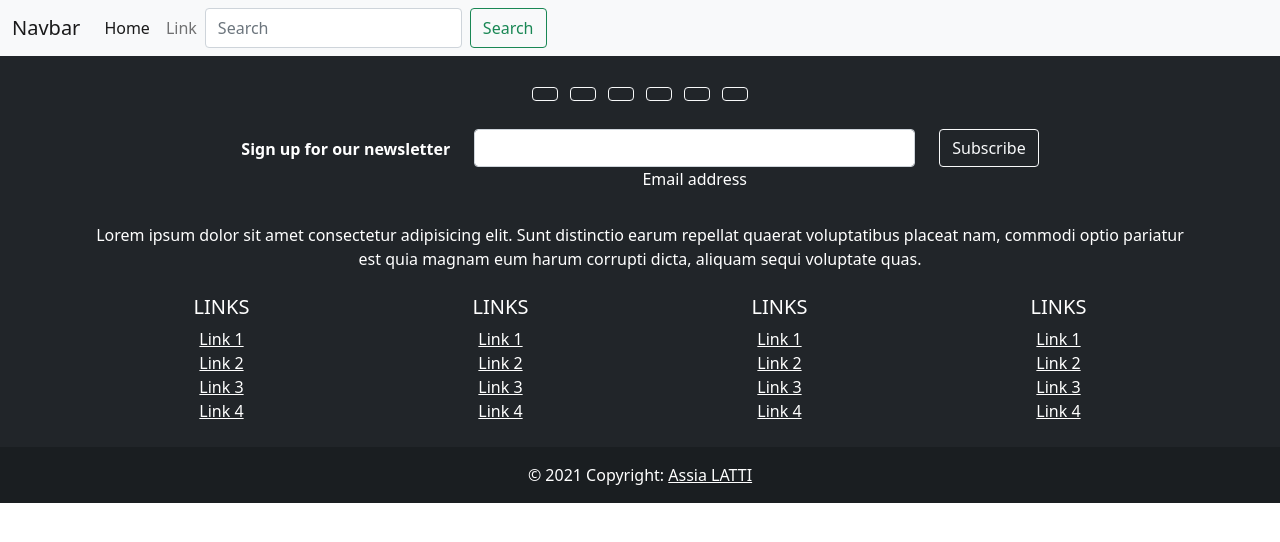
Repository: Omistusama/association
Page: pubpage.html
The author's editor kept a copy of each file at every save. The page is drawn from the files as they stood at one save, then again after the next save.
The browser window is 1280 px wide. The pictures show the whole page.
Some web libraries are served in a nearby version.

Above is the page before, as saved 2021-02-26 10:33:37.

### pubpage.html
<!DOCTYPE html>
<!--
    Page web créé dans le cadre de l'évaluation du 23/02/2021
    Auteur : Assia LATTI
    Email : lattiassia@gmail.com
-->
<html lang="fr">
    <head><meta charset="UTF-8">
        <meta charset="UTF-8"><meta name="author" content="Assia LATTI">
        <meta name="description" content="Découvrez en quoi vos anciens jouets ont été transformés !">
        <meta name="viewport" content="width=device-width, initial-scale=1.0">
        <link href="https://cdn.jsdelivr.net/npm/bootstrap@5.0.0-beta2/dist/css/bootstrap.min.css" rel="stylesheet" integrity="sha384-BmbxuPwQa2lc/FVzBcNJ7UAyJxM6wuqIj61tLrc4wSX0szH/Ev+nYRRuWlolflfl" crossorigin="anonymous">
        <script src="https://cdn.jsdelivr.net/npm/bootstrap@5.0.0-beta2/dist/js/bootstrap.bundle.min.js" integrity="sha384-b5kHyXgcpbZJO/tY9Ul7kGkf1S0CWuKcCD38l8YkeH8z8QjE0GmW1gYU5S9FOnJ0" crossorigin="anonymous"></script>
        <script src="https://cdn.jsdelivr.net/npm/@popperjs/core@2.6.0/dist/umd/popper.min.js" integrity="sha384-KsvD1yqQ1/1+IA7gi3P0tyJcT3vR+NdBTt13hSJ2lnve8agRGXTTyNaBYmCR/Nwi" crossorigin="anonymous"></script>
        <script src="https://cdn.jsdelivr.net/npm/bootstrap@5.0.0-beta2/dist/js/bootstrap.min.js" integrity="sha384-nsg8ua9HAw1y0W1btsyWgBklPnCUAFLuTMS2G72MMONqmOymq585AcH49TLBQObG" crossorigin="anonymous"></script>
        <link href="styles.css" rel="stylesheet" >
        <title>ToyTo - Quand vos Jouets se transforment </title>
    </head>
  <body>
        <header>
            <nav class="navbar navbar-expand-lg navbar-light bg-light">
                <div class="container-fluid">
                  <a class="navbar-brand" href="#">Navbar</a>
                  <button class="navbar-toggler" type="button" data-bs-toggle="collapse" data-bs-target="#navbarSupportedContent" aria-controls="navbarSupportedContent" aria-expanded="false" aria-label="Toggle navigation">
                    <span class="navbar-toggler-icon"></span>
                  </button>
                  <div class="collapse navbar-collapse" id="navbarSupportedContent">
                    <ul class="navbar-nav me-auto mb-2 mb-lg-0">
                      <li class="nav-item">
                        <a class="nav-link active" aria-current="page" href="#">Home</a>
                      </li>
                      <li class="nav-item">
                        <a class="nav-link" href="#">Link</a>
                      </li>
                    <form class="d-flex">
                      <input class="form-control me-2" type="search" placeholder="Search" aria-label="Search">
                      <button class="btn btn-outline-success" type="submit">Search</button>
                    </form>
                  </div>
                </div>
              </nav>
        </header>
        <div class="container">

        </div>
        <!-- Footer -->
        <footer class="bg-dark text-center text-white">
            <!-- Grid container -->
            <div class="container p-4">
            <!-- Section: Social media -->
            <section class="mb-4">
                <!-- Facebook -->
                <a class="btn btn-outline-light btn-floating m-1" href="#!" role="button"><i class="fab fa-facebook-f"></i></a>

                <!-- Twitter -->
                <a class="btn btn-outline-light btn-floating m-1" href="#!" role="button"
                ><i class="fab fa-twitter"></i
                ></a>

                <!-- Google -->
                <a class="btn btn-outline-light btn-floating m-1" href="#!" role="button"
                ><i class="fab fa-google"></i
                ></a>

                <!-- Instagram -->
                <a class="btn btn-outline-light btn-floating m-1" href="#!" role="button"
                ><i class="fab fa-instagram"></i
                ></a>

                <!-- Linkedin -->
                <a class="btn btn-outline-light btn-floating m-1" href="#!" role="button"
                ><i class="fab fa-linkedin-in"></i
                ></a>

                <!-- Github -->
                <a class="btn btn-outline-light btn-floating m-1" href="#!" role="button"
                ><i class="fab fa-github"></i
                ></a>
            </section>
            <!-- Section: Social media -->

            <!-- Section: Form -->
            <section class="">
                <form action="">
                <!--Grid row-->
                <div class="row d-flex justify-content-center">
                    <!--Grid column-->
                    <div class="col-auto">
                    <p class="pt-2">
                        <strong>Sign up for our newsletter</strong>
                    </p>
                    </div>
                    <!--Grid column-->

                    <!--Grid column-->
                    <div class="col-md-5 col-12">
                    <!-- Email input -->
                    <div class="form-outline form-white mb-4">
                        <input type="email" id="form5Example2" class="form-control" />
                        <label class="form-label" for="form5Example2">Email address</label>
                    </div>
                    </div>
                    <!--Grid column-->

                    <!--Grid column-->
                    <div class="col-auto">
                    <!-- Submit button -->
                    <button type="submit" class="btn btn-outline-light mb-4">
                        Subscribe
                    </button>
                    </div>
                    <!--Grid column-->
                </div>
                <!--Grid row-->
                </form>
            </section>
            <!-- Section: Form -->

            <!-- Section: Text -->
            <section class="mb-4">
                <p>
                Lorem ipsum dolor sit amet consectetur adipisicing elit. Sunt distinctio earum
                repellat quaerat voluptatibus placeat nam, commodi optio pariatur est quia magnam
                eum harum corrupti dicta, aliquam sequi voluptate quas.
                </p>
            </section>
            <!-- Section: Text -->

            <!-- Section: Links -->
            <section class="">
                <!--Grid row-->
                <div class="row">
                <!--Grid column-->
                <div class="col-lg-3 col-md-6 mb-4 mb-md-0">
                    <h5 class="text-uppercase">Links</h5>

                    <ul class="list-unstyled mb-0">
                    <li>
                        <a href="#!" class="text-white">Link 1</a>
                    </li>
                    <li>
                        <a href="#!" class="text-white">Link 2</a>
                    </li>
                    <li>
                        <a href="#!" class="text-white">Link 3</a>
                    </li>
                    <li>
                        <a href="#!" class="text-white">Link 4</a>
                    </li>
                    </ul>
                </div>
                <!--Grid column-->

                <!--Grid column-->
                <div class="col-lg-3 col-md-6 mb-4 mb-md-0">
                    <h5 class="text-uppercase">Links</h5>

                    <ul class="list-unstyled mb-0">
                    <li>
                        <a href="#!" class="text-white">Link 1</a>
                    </li>
                    <li>
                        <a href="#!" class="text-white">Link 2</a>
                    </li>
                    <li>
                        <a href="#!" class="text-white">Link 3</a>
                    </li>
                    <li>
                        <a href="#!" class="text-white">Link 4</a>
                    </li>
                    </ul>
                </div>
                <!--Grid column-->

                <!--Grid column-->
                <div class="col-lg-3 col-md-6 mb-4 mb-md-0">
                    <h5 class="text-uppercase">Links</h5>

                    <ul class="list-unstyled mb-0">
                    <li>
                        <a href="#!" class="text-white">Link 1</a>
                    </li>
                    <li>
                        <a href="#!" class="text-white">Link 2</a>
                    </li>
                    <li>
                        <a href="#!" class="text-white">Link 3</a>
                    </li>
                    <li>
                        <a href="#!" class="text-white">Link 4</a>
                    </li>
                    </ul>
                </div>
                <!--Grid column-->

                <!--Grid column-->
                <div class="col-lg-3 col-md-6 mb-4 mb-md-0">
                    <h5 class="text-uppercase">Links</h5>

                    <ul class="list-unstyled mb-0">
                    <li>
                        <a href="#!" class="text-white">Link 1</a>
                    </li>
                    <li>
                        <a href="#!" class="text-white">Link 2</a>
                    </li>
                    <li>
                        <a href="#!" class="text-white">Link 3</a>
                    </li>
                    <li>
                        <a href="#!" class="text-white">Link 4</a>
                    </li>
                    </ul>
                </div>
                <!--Grid column-->
                </div>
                <!--Grid row-->
            </section>
            <!-- Section: Links -->
            </div>
            <!-- Grid container -->

            <!-- Copyright -->
            <div class="text-center p-3" style="background-color: rgba(0, 0, 0, 0.2);">
            © 2021 Copyright:
            <a class="text-white" href="">Assia LATTI</a>
            </div>
            <!-- Copyright -->
        </footer>
        <!-- Footer -->
    </body>
</html>

### styles.css
.image {
  display: block;
  width: 100%;
  height: auto;
}
/* .container {
  position: relative;
  width: 100%;
}



.overlay {
  position: absolute;
  top: 0;
  bottom: 0;
  left: 0;
  right: 0;
  height: 100%;
  width: 100%;
  opacity: 0;
  transition: .5s ease;
  background-color: #2bba00;
}

.container:hover .overlay {
  opacity: 1;
}

.text {
  color: white;
  font-size: 20px;
  position: absolute;
  top: 50%;
  left: 50%;
  -webkit-transform: translate(-50%, -50%);
  -ms-transform: translate(-50%, -50%);
  transform: translate(-50%, -50%);
  text-align: center;
} */

h1 {
  color: #224724;
}

.hovereffect {
  width: 100%;
  height: 100%;
  float: left;
  overflow: hidden;
  position: relative;
  text-align: center;
  cursor: default;
}

.hovereffect .overlay {
  position: absolute;
  overflow: hidden;
  width: 80%;
  height: 80%;
  left: 10%;
  top: 10%;
  border-bottom: 1px solid #FFF;
  border-top: 1px solid #FFF;
  -webkit-transition: opacity 0.35s, -webkit-transform 0.35s;
  transition: opacity 0.35s, transform 0.35s;
  -webkit-transform: scale(0,1);
  -ms-transform: scale(0,1);
  transform: scale(0,1);
}

.hovereffect:hover .overlay {
  opacity: 1;
  filter: alpha(opacity=100);
  -webkit-transform: scale(1);
  -ms-transform: scale(1);
  transform: scale(1);
}

.hovereffect img {
  display: block;
  position: relative;
  -webkit-transition: all 0.35s;
  transition: all 0.35s;
}

.hovereffect:hover img {
  filter: url('data:[embedded picture, 304 characters]');
  filter: brightness(0.6);
  -webkit-filter: brightness(0.6);
}

.hovereffect h2 {
  text-transform: uppercase;
  text-align: center;
  position: relative;
  font-size: 17px;
  background-color: transparent;
  color: #FFF;
  padding: 1em 0;
  opacity: 0;
  filter: alpha(opacity=0);
  -webkit-transition: opacity 0.35s, -webkit-transform 0.35s;
  transition: opacity 0.35s, transform 0.35s;
  -webkit-transform: translate3d(0,-100%,0);
  transform: translate3d(0,-100%,0);
}

.hovereffect a, .hovereffect p {
  color: #FFF;
  padding: 1em 0;
  opacity: 0;
  filter: alpha(opacity=0);
  -webkit-transition: opacity 0.35s, -webkit-transform 0.35s;
  transition: opacity 0.35s, transform 0.35s;
  -webkit-transform: translate3d(0,100%,0);
  transform: translate3d(0,100%,0);
}

.hovereffect:hover a, .hovereffect:hover p, .hovereffect:hover h2 {
  opacity: 1;
  filter: alpha(opacity=100);
  -webkit-transform: translate3d(0,0,0);
  transform: translate3d(0,0,0);
}

After the next save:
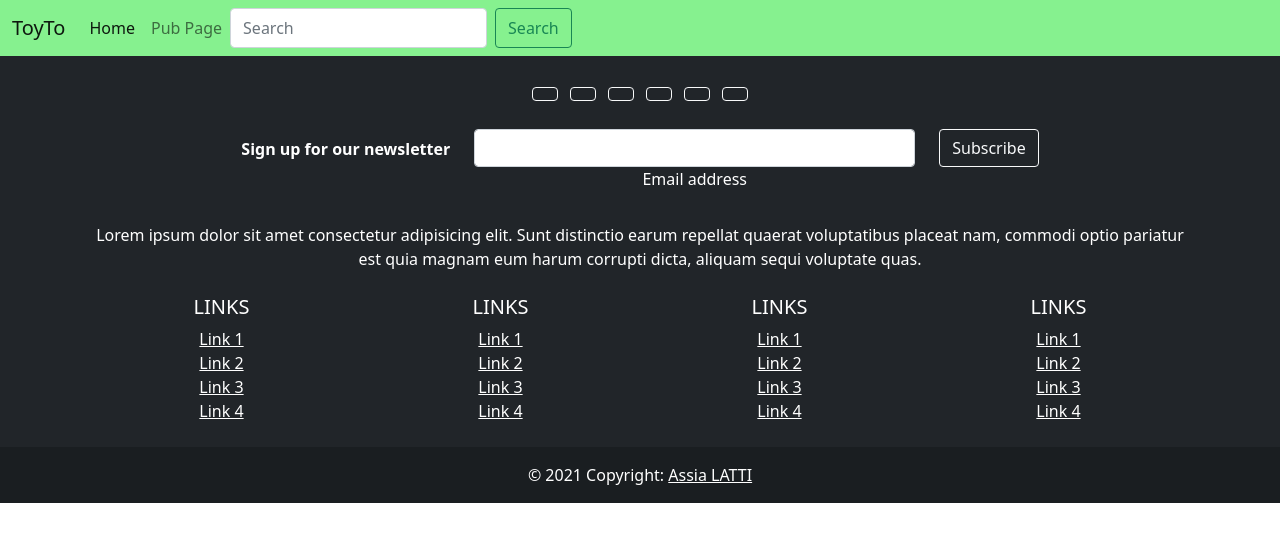
Saved 48 s later.
--- a/pubpage.html
+++ b/pubpage.html
@@ -18,9 +18,9 @@
     </head>
   <body>
         <header>
-            <nav class="navbar navbar-expand-lg navbar-light bg-light">
+            <nav class="navbar navbar-expand-lg navbar-light " style="background-color: #86f18f;">
                 <div class="container-fluid">
-                  <a class="navbar-brand" href="#">Navbar</a>
+                  <a class="navbar-brand" href="#">ToyTo</a>
                   <button class="navbar-toggler" type="button" data-bs-toggle="collapse" data-bs-target="#navbarSupportedContent" aria-controls="navbarSupportedContent" aria-expanded="false" aria-label="Toggle navigation">
                     <span class="navbar-toggler-icon"></span>
                   </button>
@@ -30,7 +30,7 @@
                         <a class="nav-link active" aria-current="page" href="#">Home</a>
                       </li>
                       <li class="nav-item">
-                        <a class="nav-link" href="#">Link</a>
+                        <a class="nav-link" href="#">Pub Page</a>
                       </li>
                     <form class="d-flex">
                       <input class="form-control me-2" type="search" placeholder="Search" aria-label="Search">
